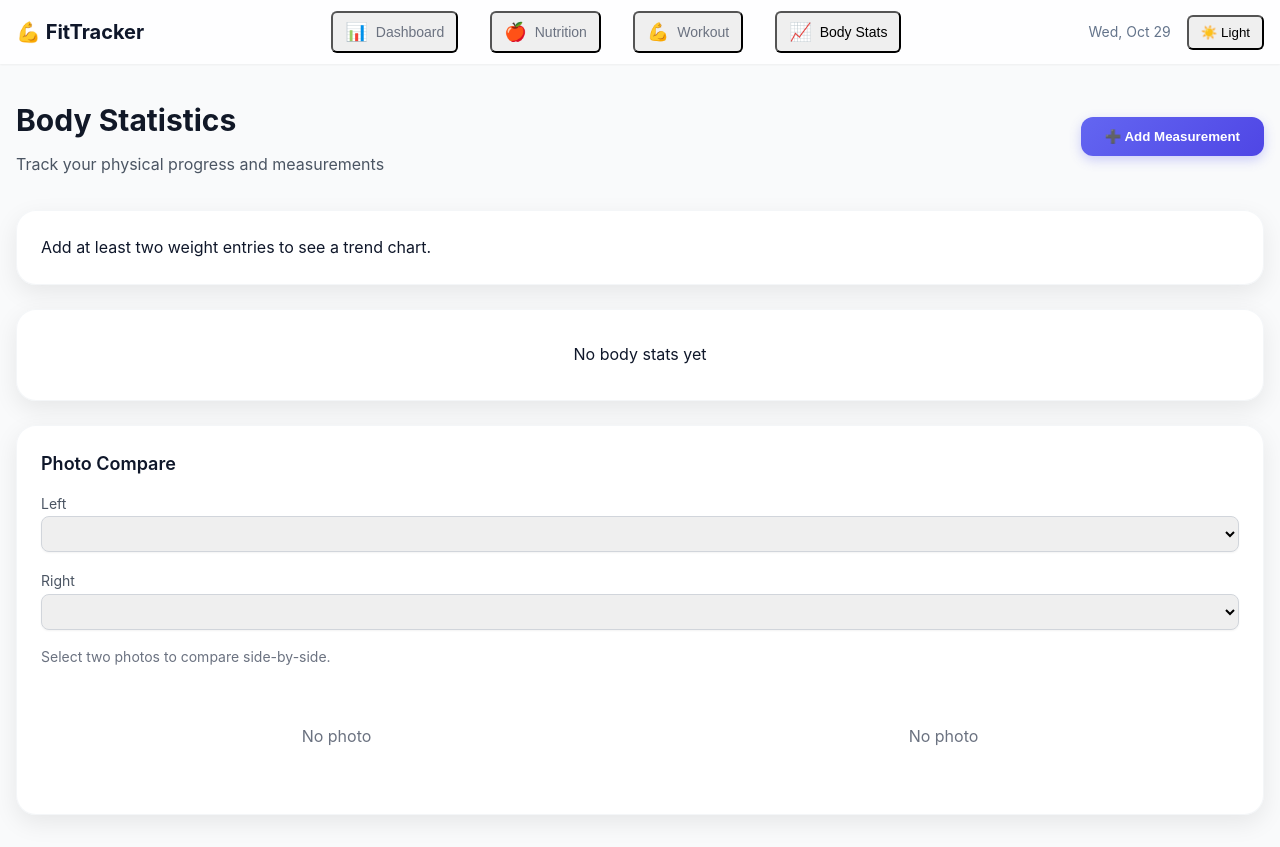
Repository: Apoorv888/Fitness-App
Page: /, after clicking the first element matching `div.flex > :nth-child(4)`
An editor plug-in stored every save of this project. The page is shown before and after the next save, followed by the edit.
The browser window is 1280 px wide. The pictures show the whole page.
Backgrounds fixed to the window are drawn as part of the page. The project was rebuilt for these pictures with package versions that can differ from the ones it lists, and the page was loaded fresh each time. Also part of the build but not shown: vite.config.ts, src/components/MealForm.tsx, src/components/MealList.tsx, src/components/GoalsForm.tsx, src/components/NutritionCharts.tsx, src/pages/Nutrition.tsx, src/components/WorkoutForm.tsx, src/components/WorkoutList.tsx and 5 more.

Above is the page before, as saved 2025-10-31 19:54:20.

### index.html
<!doctype html>
<html lang="en">
  <head>
    <meta charset="UTF-8" />
    <link rel="icon" type="image/svg+xml" href="/vite.svg" />
    <meta name="viewport" content="width=device-width, initial-scale=1.0" />
    <title>fitness-app</title>
  </head>
  <body>
    <div id="root"></div>
    <script type="module" src="/src/main.tsx"></script>
  </body>
</html>

### src/main.tsx
import { StrictMode, useEffect } from 'react'
import { createRoot } from 'react-dom/client'
import './index.css'
import App from './App.tsx'
import { useMealStore } from './store/mealStore'
import { useWorkoutStore } from './store/workoutStore'
import { useBodyStatsStore } from './store/bodyStatsStore'
import { useGoalsStore } from './store/goalsStore'

function Boot() {
  const { loadMeals } = useMealStore();
  const { loadWorkouts } = useWorkoutStore();
  const { loadBodyStats } = useBodyStatsStore();
  const { loadGoals } = useGoalsStore();

  useEffect(() => {
    loadMeals();
    loadWorkouts();
    loadBodyStats();
    loadGoals();
  }, []);

  return <App />;
}

createRoot(document.getElementById('root')!).render(
  <StrictMode>
    <Boot />
  </StrictMode>,
)

### src/index.css
/* Basic CSS styles for the fitness app */

* {
  margin: 0;
  padding: 0;
  box-sizing: border-box;
}

/* Theme variables */
:root {
  --bg: #f8fafc;
  --bg-gradient: linear-gradient(135deg, #667eea 0%, #764ba2 100%);
  --text: #0f172a;
  --text-secondary: #475569;
  --card-bg: rgba(255, 255, 255, 0.9);
  --card-border: rgba(148, 163, 184, 0.1);
  --muted: #64748b;
  --primary: #6366f1;
  --primary-600: #4f46e5;
  --primary-glow: rgba(99, 102, 241, 0.3);
  --btn-secondary: #e2e8f0;
  --accent-orange: #f97316;
  --accent-green: #10b981;
  --accent-purple: #a855f7;
  --accent-cyan: #06b6d4;
  --shadow-sm: 0 2px 8px rgba(0, 0, 0, 0.04);
  --shadow-md: 0 8px 24px rgba(0, 0, 0, 0.08);
  --shadow-lg: 0 20px 40px rgba(0, 0, 0, 0.12);
  --backdrop-blur: blur(16px);
}

[data-theme='dark'] {
  --bg: #020617;
  --bg-gradient: linear-gradient(135deg, #1e1b4b 0%, #312e81 50%, #1e3a8a 100%);
  --text: #f1f5f9;
  --text-secondary: #94a3b8;
  --card-bg: rgba(15, 23, 42, 0.6);
  --card-border: rgba(148, 163, 184, 0.1);
  --muted: #94a3b8;
  --primary: #818cf8;
  --primary-600: #6366f1;
  --primary-glow: rgba(129, 140, 248, 0.4);
  --btn-secondary: rgba(30, 41, 59, 0.8);
  --accent-orange: #fb923c;
  --accent-green: #34d399;
  --accent-purple: #c084fc;
  --accent-cyan: #22d3ee;
  --shadow-sm: 0 2px 12px rgba(0, 0, 0, 0.3);
  --shadow-md: 0 8px 32px rgba(0, 0, 0, 0.4);
  --shadow-lg: 0 20px 60px rgba(0, 0, 0, 0.5);
  --backdrop-blur: blur(20px);
}

body {
  font-family: -apple-system, BlinkMacSystemFont, 'Segoe UI', 'Roboto', 'Oxygen',
    'Ubuntu', 'Cantarell', 'Fira Sans', 'Droid Sans', 'Helvetica Neue',
    sans-serif;
  background: var(--bg);
  background-image: var(--bg-gradient);
  background-attachment: fixed;
  color: var(--text);
  line-height: 1.6;
  overflow-x: hidden;
}

@keyframes fadeIn {
  from { opacity: 0; transform: translateY(20px); }
  to { opacity: 1; transform: translateY(0); }
}

@keyframes slideIn {
  from { opacity: 0; transform: translateX(-20px); }
  to { opacity: 1; transform: translateX(0); }
}

@keyframes pulse {
  0%, 100% { transform: scale(1); opacity: 1; }
  50% { transform: scale(1.05); opacity: 0.8; }
}

@keyframes glow {
  0%, 100% { box-shadow: 0 0 20px var(--primary-glow); }
  50% { box-shadow: 0 0 40px var(--primary-glow); }
}

/* Utility classes */
.card {
  background: var(--card-bg);
  backdrop-filter: var(--backdrop-blur);
  -webkit-backdrop-filter: var(--backdrop-blur);
  border-radius: 20px;
  box-shadow: var(--shadow-md);
  border: 1px solid var(--card-border);
  padding: 24px;
  transition: all 0.4s cubic-bezier(0.4, 0, 0.2, 1);
  animation: fadeIn 0.6s ease-out;
  position: relative;
  overflow: hidden;
}

.card::before {
  content: '';
  position: absolute;
  top: 0;
  left: 0;
  right: 0;
  height: 2px;
  background: linear-gradient(90deg, var(--primary), var(--accent-purple), var(--accent-cyan));
  opacity: 0;
  transition: opacity 0.3s ease;
}

.card:hover {
  transform: translateY(-4px);
  box-shadow: var(--shadow-lg);
}

.card:hover::before {
  opacity: 1;
}

.btn-primary {
  background: linear-gradient(135deg, var(--primary) 0%, var(--primary-600) 100%);
  color: white;
  font-weight: 600;
  padding: 12px 24px;
  border-radius: 12px;
  border: none;
  cursor: pointer;
  transition: all 0.3s cubic-bezier(0.4, 0, 0.2, 1);
  box-shadow: 0 4px 12px var(--primary-glow);
  position: relative;
  overflow: hidden;
}

.btn-primary::before {
  content: '';
  position: absolute;
  top: 50%;
  left: 50%;
  width: 0;
  height: 0;
  border-radius: 50%;
  background: rgba(255, 255, 255, 0.2);
  transform: translate(-50%, -50%);
  transition: width 0.6s, height 0.6s;
}

.btn-primary:hover::before {
  width: 300px;
  height: 300px;
}

.btn-primary:hover {
  transform: translateY(-2px);
  box-shadow: 0 8px 24px var(--primary-glow);
}

.btn-primary:active {
  transform: translateY(0);
}

.btn-secondary {
  background: var(--btn-secondary);
  backdrop-filter: var(--backdrop-blur);
  color: var(--text);
  font-weight: 500;
  padding: 12px 24px;
  border-radius: 12px;
  border: 1px solid var(--card-border);
  cursor: pointer;
  transition: all 0.3s cubic-bezier(0.4, 0, 0.2, 1);
}

.btn-secondary:hover {
  transform: translateY(-2px);
  box-shadow: var(--shadow-md);
  border-color: var(--primary);
}

.input-field {
  display: block;
  width: 100%;
  border-radius: 8px;
  border: 1px solid #d1d5db;
  box-shadow: 0 1px 2px 0 rgba(0, 0, 0, 0.05);
  padding: 8px 12px;
  font-size: 14px;
}

.input-field:focus {
  outline: none;
  border-color: #2563eb;
  box-shadow: 0 0 0 1px #2563eb;
}

/* Layout utilities */
.flex {
  display: flex;
}

.flex-col {
  flex-direction: column;
}

.items-center {
  align-items: center;
}

.justify-between {
  justify-content: space-between;
}

.space-x-2 > * + * {
  margin-left: 8px;
}

.space-x-4 > * + * {
  margin-left: 16px;
}

.space-x-8 > * + * {
  margin-left: 32px;
}

.space-y-4 > * + * {
  margin-top: 16px;
}

.space-y-6 > * + * {
  margin-top: 24px;
}

/* Grid utilities */
.grid {
  display: grid;
}

.grid-cols-1 {
  grid-template-columns: repeat(1, minmax(0, 1fr));
}

.grid-cols-2 {
  grid-template-columns: repeat(2, minmax(0, 1fr));
}

.grid-cols-3 {
  grid-template-columns: repeat(3, minmax(0, 1fr));
}

.grid-cols-4 {
  grid-template-columns: repeat(4, minmax(0, 1fr));
}

.gap-4 {
  gap: 16px;
}

.gap-6 {
  gap: 24px;
}

/* Responsive grid */
@media (min-width: 768px) {
  .md\\:grid-cols-2 {
    grid-template-columns: repeat(2, minmax(0, 1fr));
  }
  .md\\:grid-cols-3 {
    grid-template-columns: repeat(3, minmax(0, 1fr));
  }
}

@media (min-width: 1024px) {
  .lg\\:grid-cols-4 {
    grid-template-columns: repeat(4, minmax(0, 1fr));
  }
}

/* Text utilities */
.text-xs { font-size: 12px; }
.text-sm { font-size: 14px; }
.text-base { font-size: 16px; }
.text-lg { font-size: 18px; }
.text-xl { font-size: 20px; }
.text-2xl { font-size: 24px; }
.text-3xl { font-size: 30px; }
.text-4xl { font-size: 36px; }

.font-medium { font-weight: 500; }
.font-semibold { font-weight: 600; }
.font-bold { font-weight: 700; }

.text-gray-500 { color: #6b7280; }
.text-gray-600 { color: #4b5563; }
.text-gray-700 { color: #374151; }
.text-gray-800 { color: #1f2937; }
.text-gray-900 { color: #111827; }

.text-blue-600 { color: #2563eb; }
.text-blue-700 { color: #1d4ed8; }
.text-green-600 { color: #16a34a; }
.text-orange-600 { color: #ea580c; }
.text-purple-600 { color: #9333ea; }

/* Spacing utilities */
.p-2 { padding: 8px; }
.p-3 { padding: 12px; }
.p-4 { padding: 16px; }
.p-6 { padding: 24px; }
.p-8 { padding: 32px; }

.px-3 { padding-left: 12px; padding-right: 12px; }
.px-4 { padding-left: 16px; padding-right: 16px; }
.px-6 { padding-left: 24px; padding-right: 24px; }
.px-8 { padding-left: 32px; padding-right: 32px; }

.py-2 { padding-top: 8px; padding-bottom: 8px; }
.py-4 { padding-top: 16px; padding-bottom: 16px; }
.py-8 { padding-top: 32px; padding-bottom: 32px; }
.py-12 { padding-top: 48px; padding-bottom: 48px; }

.mt-2 { margin-top: 8px; }
.mt-4 { margin-top: 16px; }
.mb-2 { margin-bottom: 8px; }
.mb-3 { margin-bottom: 12px; }
.mb-4 { margin-bottom: 16px; }
.mb-8 { margin-bottom: 32px; }

/* Layout utilities */
.w-full { width: 100%; }
.h-2 { height: 8px; }
.h-16 { height: 64px; }
.min-h-screen { min-height: 100vh; }
.max-w-7xl { max-width: 1280px; }
.mx-auto { margin-left: auto; margin-right: auto; }

/* Background utilities */
.bg-white { background-color: white; }
.bg-gray-50 { background-color: #f9fafb; }
.bg-gray-200 { background-color: #e5e7eb; }
.bg-blue-50 { background-color: #eff6ff; }
.bg-orange-500 { background-color: #f97316; }
.bg-green-500 { background-color: #22c55e; }
.bg-blue-500 { background-color: #3b82f6; }
.bg-purple-500 { background-color: #a855f7; }

/* Border utilities */
.border { border-width: 1px; }
.border-b { border-bottom-width: 1px; }
.border-b-2 { border-bottom-width: 2px; }
.border-gray-200 { border-color: #e5e7eb; }
.border-blue-600 { border-color: #2563eb; }
.rounded-md { border-radius: 6px; }
.rounded-lg { border-radius: 8px; }
.rounded-xl { border-radius: 12px; }
.rounded-full { border-radius: 9999px; }

/* Shadow utilities */
.shadow-sm { box-shadow: 0 1px 2px 0 rgba(0, 0, 0, 0.05); }
.shadow-md {
  box-shadow: 0 4px 6px -1px rgba(0, 0, 0, 0.1), 0 2px 4px -1px rgba(0, 0, 0, 0.06);
}

/* Transition utilities */
.transition-colors { transition-property: color, background-color, border-color; }
.transition-shadow { transition-property: box-shadow; }
.transition-all { transition-property: all; }
.duration-200 { transition-duration: 200ms; }
.duration-300 { transition-duration: 300ms; }

/* Hover utilities */
.hover\\:bg-gray-50:hover { background-color: #f9fafb; }
.hover\\:bg-gray-300:hover { background-color: #d1d5db; }
.hover\\:text-gray-700:hover { color: #374151; }
.hover\\:shadow-md:hover {
  box-shadow: 0 4px 6px -1px rgba(0, 0, 0, 0.1), 0 2px 4px -1px rgba(0, 0, 0, 0.06);
}

/* Cursor utilities */
.cursor-pointer { cursor: pointer; }

/* Text alignment */
.text-center { text-align: center; }

### src/App.tsx
import React, { useState } from 'react';
import { Navbar } from './components/Navbar';
import { Dashboard } from './pages/Dashboard';
import { Nutrition } from './pages/Nutrition';
import { Workout } from './pages/Workout';
import { BodyStats } from './pages/BodyStats';
import './App.css';

function App() {
  const [activeTab, setActiveTab] = useState('dashboard');

  // Listen for external navigation requests (CustomEvent 'request-nav')
  React.useEffect(() => {
    const handler = (e: any) => {
      const tab = e?.detail?.tab;
      if (tab) setActiveTab(tab);
    };
    window.addEventListener('request-nav', handler as EventListener);
    return () => window.removeEventListener('request-nav', handler as EventListener);
  }, []);

  const renderActiveTab = () => {
    switch (activeTab) {
      case 'dashboard':
        return <Dashboard />;
      case 'nutrition':
        return <Nutrition />;
      case 'workout':
        return <Workout />;
      case 'stats':
        return <BodyStats />;
      default:
        return <Dashboard />;
    }
  };

  return (
    <div className="min-h-screen bg-gray-50">
      <Navbar activeTab={activeTab} onTabChange={setActiveTab} />
      <main>
        {renderActiveTab()}
      </main>
    </div>
  );
}

export default App;

### src/store/goalsStore.ts
import { create } from 'zustand';
import type { UserGoals } from '../types';
import { saveToStorage, loadFromStorage } from '../utils/helpers';
import { STORAGE_KEYS } from '../utils/constants';

interface UserGoalsStore {
  goals: UserGoals;
  updateGoals: (updates: Partial<UserGoals>) => void;
  loadGoals: () => void;
}

const defaultGoals: UserGoals = {
  dailyCalories: 2000,
  dailyProtein: 150,
  dailyCarbs: 200,
  dailyFat: 65,
  activityLevel: 1.375, // Lightly active
  goal: 'maintain',
};

export const useGoalsStore = create<UserGoalsStore>((set, get) => ({
  goals: defaultGoals,

  updateGoals: (updates) => {
    const updatedGoals = { ...get().goals, ...updates };
    set({ goals: updatedGoals });
    saveToStorage(STORAGE_KEYS.USER_GOALS, updatedGoals);
  },

  loadGoals: () => {
    const storedGoals = loadFromStorage(STORAGE_KEYS.USER_GOALS);
    if (storedGoals) {
      set({ goals: { ...defaultGoals, ...storedGoals } });
    }
  },
}));

### src/pages/BodyStats.tsx
import React, { useState, useEffect } from 'react';
import { BodyStatForm } from '../components/BodyStatForm';
import { BodyStatsList } from '../components/BodyStatsList';
import { BodyStatsChart } from '../components/BodyStatsChart';
import { PhotoCompare } from '../components/PhotoCompare';
import { useBodyStatsStore } from '../store/bodyStatsStore';

export const BodyStats: React.FC = () => {
  const [showForm, setShowForm] = useState(false);
  const [editing, setEditing] = useState<any | null>(null);
  const { loadBodyStats } = useBodyStatsStore();

  useEffect(() => {
    loadBodyStats();
  }, [loadBodyStats]);

  return (
    <div className="max-w-7xl mx-auto px-4 sm:px-6 lg:px-8 py-8">
      <div className="mb-8 flex items-center justify-between">
        <div>
          <h1 className="text-3xl font-bold text-gray-900">Body Statistics</h1>
          <p className="text-gray-600 mt-2">Track your physical progress and measurements</p>
        </div>

        <div>
          <button onClick={() => { setEditing(null); setShowForm(true); }} className="btn-primary">➕ Add Measurement</button>
        </div>
      </div>

      <div className="grid grid-cols-1 lg:grid-cols-3 gap-6">
        <div className="lg:col-span-2 space-y-6">
          <BodyStatsChart />
          <BodyStatsList onEdit={(s) => { setEditing(s); setShowForm(true); }} />
        </div>

        <div>
          <PhotoCompare />
        </div>
      </div>

      {showForm && (
        <div className="fixed inset-0 bg-black bg-opacity-50 flex items-center justify-center p-4 z-50">
          <div className="bg-white rounded-xl max-w-3xl w-full max-h-screen overflow-y-auto">
            <BodyStatForm edit={editing} onClose={() => setShowForm(false)} />
          </div>
        </div>
      )}
    </div>
  );
};

### src/utils/helpers.ts
// Date utilities
import { format, startOfWeek, endOfWeek, eachDayOfInterval, isToday } from 'date-fns';

export const formatDate = (date: Date) => format(date, 'yyyy-MM-dd');
export const formatDisplayDate = (date: Date) => format(date, 'MMM dd, yyyy');
export const formatTime = (date: Date) => format(date, 'HH:mm');

export const getWeekDays = (date: Date) => {
  const start = startOfWeek(date, { weekStartsOn: 1 }); // Monday
  const end = endOfWeek(date, { weekStartsOn: 1 });
  return eachDayOfInterval({ start, end });
};

export const isTodayDate = (date: Date) => isToday(date);

// Calculate BMI
export const calculateBMI = (weight: number, height: number) => {
  return (weight / (height * height)) * 10000; // height in cm
};

// Calculate calories needed for goal
export const calculateCalorieGoal = (
  weight: number,
  height: number,
  age: number,
  gender: 'male' | 'female',
  activityLevel: number,
  goal: 'lose' | 'maintain' | 'gain'
) => {
  // Mifflin-St Jeor Equation
  let bmr;
  if (gender === 'male') {
    bmr = 10 * weight + 6.25 * height - 5 * age + 5;
  } else {
    bmr = 10 * weight + 6.25 * height - 5 * age - 161;
  }

  const tdee = bmr * activityLevel;

  switch (goal) {
    case 'lose':
      return Math.round(tdee - 500); // 1 lb per week
    case 'gain':
      return Math.round(tdee + 500); // 1 lb per week
    default:
      return Math.round(tdee);
  }
};

// Format numbers
export const formatNumber = (num: number, decimals: number = 1) => {
  return Number(num.toFixed(decimals));
};

// Local storage helpers
export const saveToStorage = (key: string, data: any) => {
  localStorage.setItem(key, JSON.stringify(data));
};

export const loadFromStorage = (key: string) => {
  const stored = localStorage.getItem(key);
  return stored ? JSON.parse(stored) : null;
};

### src/utils/constants.ts
// App constants
export const STORAGE_KEYS = {
  MEALS: 'fitness-app-meals',
  WORKOUTS: 'fitness-app-workouts',
  BODY_STATS: 'fitness-app-body-stats',
  USER_GOALS: 'fitness-app-user-goals',
} as const;

export const ACTIVITY_LEVELS = {
  SEDENTARY: 1.2,
  LIGHTLY_ACTIVE: 1.375,
  MODERATELY_ACTIVE: 1.55,
  VERY_ACTIVE: 1.725,
  EXTREMELY_ACTIVE: 1.9,
} as const;

export const WORKOUT_TYPES = [
  'Push',
  'Pull',
  'Legs',
  'Upper',
  'Lower',
  'Full Body',
  'Cardio',
  'Rest',
] as const;

export const MEAL_TYPES = [
  'Breakfast',
  'Lunch',
  'Dinner',
  'Snack',
] as const;

export const DEFAULT_MACRO_RATIOS = {
  protein: 0.3,
  carbs: 0.4,
  fat: 0.3,
} as const;

export const BODY_MEASUREMENT_TYPES = [
  'weight',
  'bodyFat',
  'muscle',
  'waist',
  'chest',
  'arms',
  'thighs',
] as const;

export type WorkoutType = typeof WORKOUT_TYPES[number];
export type MealType = typeof MEAL_TYPES[number];
export type BodyMeasurementType = typeof BODY_MEASUREMENT_TYPES[number];

### src/hooks/useTheme.ts
import { useEffect, useState } from 'react';

const STORAGE_KEY = 'fitness-app-theme';

export const useTheme = () => {
  const [theme, setTheme] = useState<'light' | 'dark'>(() => {
    try {
      const stored = localStorage.getItem(STORAGE_KEY);
      if (stored === 'dark' || stored === 'light') return stored;
    } catch (_) {}
    // default follow prefers-color-scheme
    if (typeof window !== 'undefined' && window.matchMedia && window.matchMedia('(prefers-color-scheme: dark)').matches) {
      return 'dark';
    }
    return 'light';
  });

  useEffect(() => {
    try { localStorage.setItem(STORAGE_KEY, theme); } catch (_) {}
    if (theme === 'dark') {
      document.documentElement.setAttribute('data-theme', 'dark');
    } else {
      document.documentElement.removeAttribute('data-theme');
    }
  }, [theme]);

  const toggle = () => setTheme(t => t === 'dark' ? 'light' : 'dark');

  return { theme, setTheme, toggle } as const;
};

### src/components/StatCard.tsx
import React from 'react';

interface StatCardProps {
  title: string;
  value: string | number;
  unit?: string;
  icon: string;
  trend?: 'up' | 'down' | 'stable';
  subtitle?: string;
  color?: 'blue' | 'green' | 'orange' | 'purple';
}

export const StatCard: React.FC<StatCardProps> = ({
  title,
  value,
  unit,
  icon,
  trend,
  subtitle,
  color = 'blue'
}) => {
  const trendIcons = {
    up: '↗️',
    down: '↘️',
    stable: '➡️',
  };

  return (
    <div className="card hover:shadow-md transition-shadow">
      <div className="flex items-center justify-between">
        <div className="flex items-center space-x-2">
          <div className="text-2xl">{icon}</div>
          <div>
            <h3 className="text-sm font-medium text-gray-600">{title}</h3>
            <div className="flex items-baseline space-x-1">
              <span className="text-2xl font-bold text-gray-900">{value}</span>
              {unit && <span className="text-sm text-gray-500">{unit}</span>}
            </div>
            {subtitle && (
              <p className="text-xs text-gray-500 mt-2">{subtitle}</p>
            )}
          </div>
        </div>

        {trend && (
          <div className="text-lg">
            {trendIcons[trend]}
          </div>
        )}
      </div>
    </div>
  );
};

### src/components/BodyStatsList.tsx
import React from 'react';
import { useBodyStatsStore } from '../store/bodyStatsStore';
import type { BodyStat } from '../types';

interface Props {
  onEdit?: (s: BodyStat) => void;
}

export const BodyStatsList: React.FC<Props> = ({ onEdit }) => {
  const { bodyStats, deleteBodyStat } = useBodyStatsStore();
  const items = bodyStats.sort((a, b) => new Date(b.date).getTime() - new Date(a.date).getTime());

  if (items.length === 0) return <div className="card text-center py-8">No body stats yet</div>;

  return (
    <div className="space-y-4">
      {items.map(s => (
        <div key={s.id} className="card flex items-center justify-between">
          <div className="flex items-center space-x-4">
            {s.photoPath && <img src={s.photoPath} alt="body" className="w-16 h-16 object-cover rounded-md" />}
            <div>
              <div className="font-semibold">{s.date}</div>
              <div className="text-sm text-gray-600">{s.weight ? `${s.weight} kg` : ''} {s.bodyFat ? `• ${s.bodyFat}%` : ''}</div>
            </div>
          </div>

          <div className="flex items-center space-x-2">
            {onEdit && <button onClick={() => onEdit(s)} className="text-blue-600">Edit</button>}
            <button onClick={() => { if (confirm('Delete measurement?')) deleteBodyStat(s.id); }} className="text-red-600">Delete</button>
          </div>
        </div>
      ))}
    </div>
  );
};

Loaded but not shown: src/pages/Dashboard.tsx (204 lines, source omitted); src/components/ExportImport.tsx (94 lines, source omitted); src/components/WorkoutHeatmap.tsx (96 lines, source omitted); src/components/ExportCSV.tsx (49 lines, source omitted); src/store/bodyStatsStore.ts (75 lines, source omitted); src/components/Navbar.tsx (62 lines, source omitted); src/store/workoutStore.ts (67 lines, source omitted); src/store/mealStore.ts (71 lines, source omitted); src/components/PhotoCompare.tsx (42 lines, source omitted); src/components/BodyStatsChart.tsx (50 lines, source omitted)

After the next save:
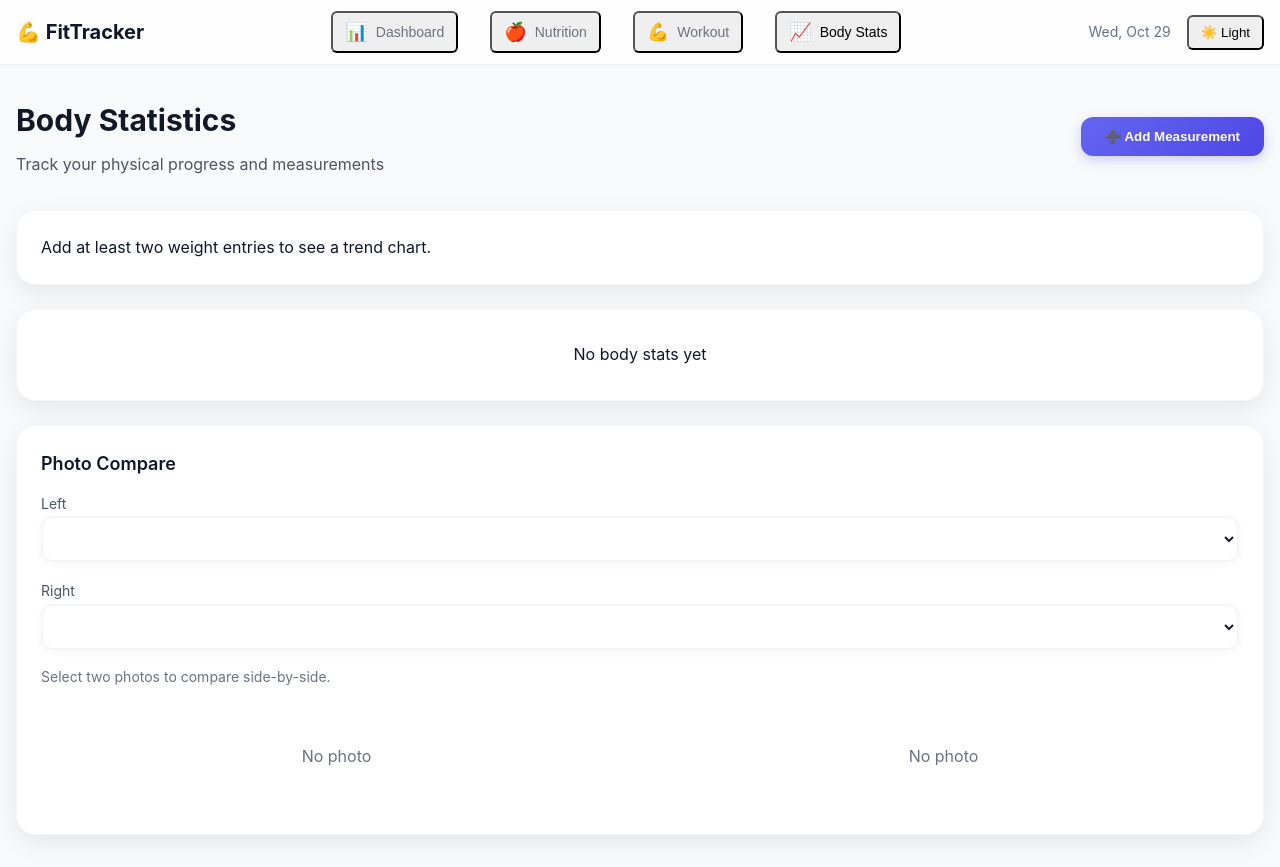
Saved 16 s later.
--- a/src/index.css
+++ b/src/index.css
@@ -181,17 +181,22 @@ body {
 .input-field {
   display: block;
   width: 100%;
-  border-radius: 8px;
-  border: 1px solid #d1d5db;
-  box-shadow: 0 1px 2px 0 rgba(0, 0, 0, 0.05);
-  padding: 8px 12px;
+  border-radius: 12px;
+  border: 2px solid var(--card-border);
+  background: var(--card-bg);
+  backdrop-filter: var(--backdrop-blur);
+  box-shadow: var(--shadow-sm);
+  padding: 12px 16px;
   font-size: 14px;
+  color: var(--text);
+  transition: all 0.3s cubic-bezier(0.4, 0, 0.2, 1);
 }
 
 .input-field:focus {
   outline: none;
-  border-color: #2563eb;
-  box-shadow: 0 0 0 1px #2563eb;
+  border-color: var(--primary);
+  box-shadow: 0 0 0 3px var(--primary-glow);
+  transform: translateY(-1px);
 }
 
 /* Layout utilities */
